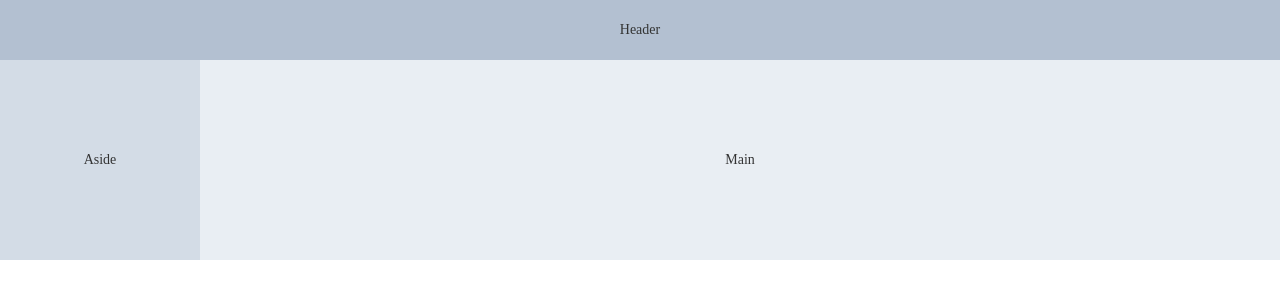
Repository: yaohahahh/Individual_Project
Page: / (app in Framework/)
An editor plug-in stored every save of this project. The page is shown before and after a run of saves, followed by the edit.
The browser window is 1280 px wide. The pictures show the whole page.
The project was rebuilt for these pictures with package versions that can differ from the ones it lists, and the page was loaded fresh each time. Also part of the build but not shown: Framework/vue.config.js.

Above is the page before, as saved 2024-06-07 18:52:40.

### Framework/src/main.js
import Vue from 'vue'
import App from './App.vue'
import router from './router'
import ElementUI from 'element-ui';
import 'element-ui/lib/theme-chalk/index.css';

import './assets/css/global.css'

Vue.config.productionTip = false
Vue.use(ElementUI, {size:'small'});

new Vue({
  router,
  render: h => h(App)
}).$mount('#app')

### Framework/src/assets/css/global.css
* {
    box-sizing: border-box;
}

body {
    color: #333;
    font-size: 14px;
    margin: 0;
    padding: 0;
}

### Framework/src/views/HomeView.vue
<template>
  <div>
    <el-container>
      <!--Header-->
      <el-header>Header

      </el-header>
      <el-container>
        <el-aside width="200px">Aside

        </el-aside>
        <el-main>Main</el-main>
      </el-container>
    </el-container>
  </div>
</template>

<script>

export default {
  name: 'HomeView',

}
</script>

<style>
  .el-header {
    background-color: #B3C0D1;
    color: #333;
    text-align: center;
    line-height: 60px;
  }

  .el-aside {
    background-color: #D3DCE6;
    color: #333;
    text-align: center;
    line-height: 200px;
  }

  .el-main {
    background-color: #E9EEF3;
    color: #333;
    text-align: center;
    line-height: 160px;
  }

  body > .el-container {
    margin-bottom: 40px;
  }

  .el-container:nth-child(5) .el-aside,
  .el-container:nth-child(6) .el-aside {
    line-height: 260px;
  }

  .el-container:nth-child(7) .el-aside {
    line-height: 320px;
  }
</style>

Loaded but not shown: Framework/public/index.html (common file); Framework/src/App.vue (common file); Framework/src/router/index.js (common file)

After the next 5 saves:
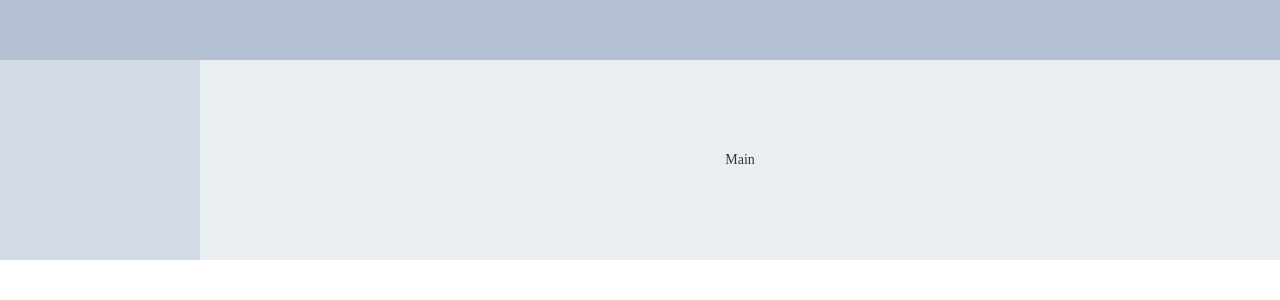
The 5 saves are shown as one change because they came seconds apart.
The last was saved 15 s later.
--- a/Framework/src/views/HomeView.vue
+++ b/Framework/src/views/HomeView.vue
@@ -2,11 +2,12 @@
   <div>
     <el-container>
       <!--Header-->
-      <el-header>Header
+      <el-header>
 
       </el-header>
       <el-container>
-        <el-aside width="200px">Aside
+        <!--Aside-->
+        <el-aside width="200px">
 
         </el-aside>
         <el-main>Main</el-main>
